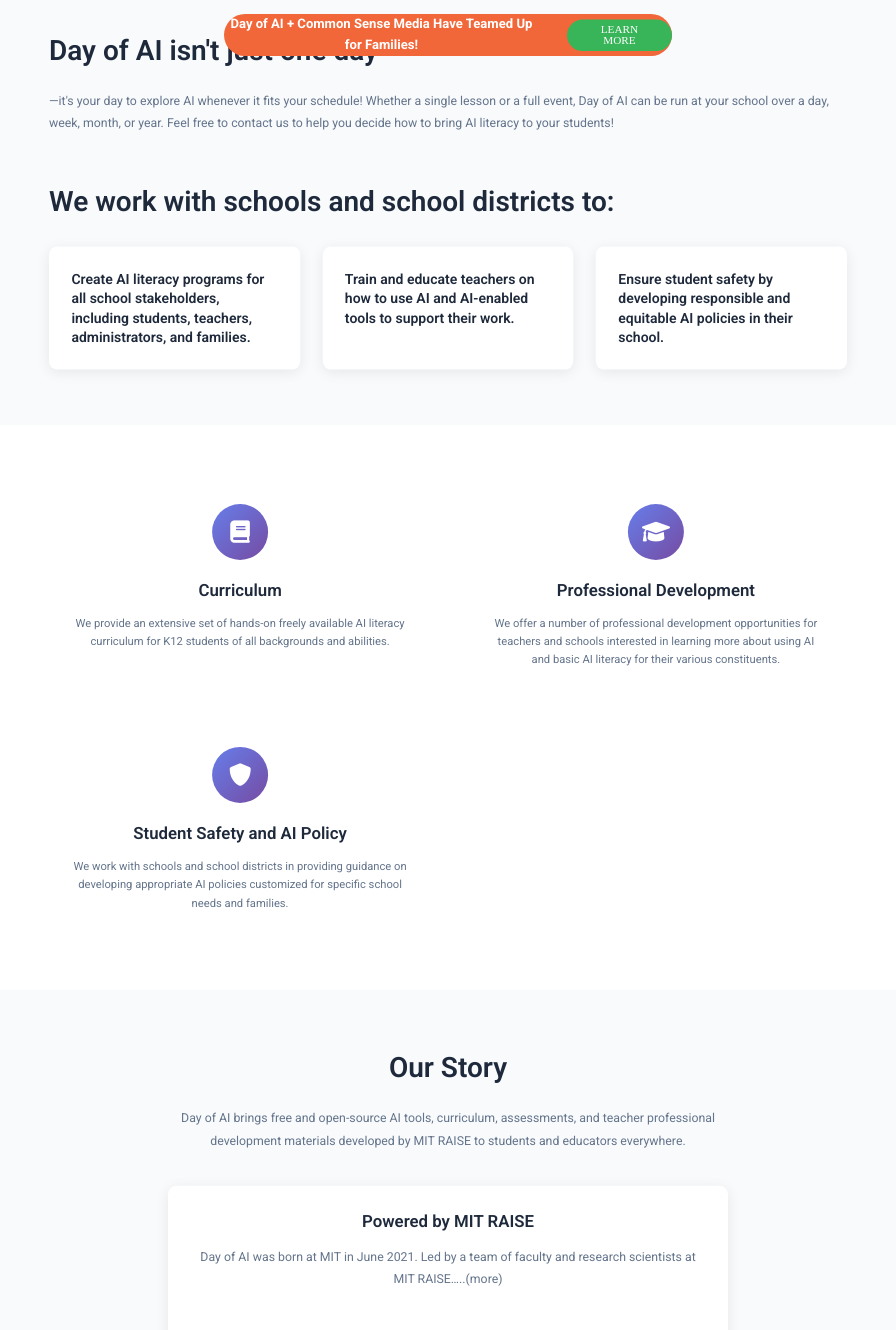
Repository: dinhtri123/dayofai
Page: index.html
An editor plug-in stored every save of this project. The page is shown before and after the next save, followed by the edit.
The browser window is 1280 px wide. The pictures show the part of the page from y = 660 to 2560 px (the page is 3687 px tall), at 70% of full size.
A picture or video elsewhere on the page could not be fetched, so the positions and the page height are approximate. Some web fonts or font styles are not loaded; a fallback is used.

Above is the page before, as saved 2025-06-29 08:32:57.

### index.html
<!DOCTYPE html>
<html lang="en">

<head>
  <meta charset="UTF-8">
  <meta name="viewport" content="width=device-width, initial-scale=1.0">
  <title>Day of AI - AI is for everyone</title>
  <link rel="stylesheet" href="styles.css">
  <link rel="preconnect" href="https://fonts.googleapis.com">
  <link rel="preconnect" href="https://fonts.gstatic.com" crossorigin>
  <link href="https://fonts.googleapis.com/css2?family=Gugi&family=Roboto:ital,wght@0,100..900;1,100..900&display=swap"
    rel="stylesheet">
  <link rel="stylesheet" href="https://cdnjs.cloudflare.com/ajax/libs/font-awesome/6.0.0/css/all.min.css">
</head>

<body>
  <!-- Header -->
  <header class="header">
    <nav class="navbar container">
      <div class="nav-container">
        <div class="nav-logo">
          <img src="./images/logo.svg" alt="Day of AI Logo">
        </div>

        <div class="header-main">
          <div class="header-search">
            <i class="fa-solid fa-magnifying-glass"></i>
            <input type="search" name="search" id="search" placeholder="SEARCH">
          </div>
          <div class="header-menu">
            <ul class="nav-menu">
              <li class="nav-item dropdown">
                <a href="#" class="nav-link">Teachers <i class="fa-solid fa-caret-down"></i></a>
                <ul class="dropdown-menu">
                  <li><a href="#">Curriculum</a></li>
                  <li><a href="#">Seasonal and Monthly Activities</a></li>
                  <li><a href="#">Professional Development</a></li>
                  <li><a href="#">Family Resources</a></li>
                </ul>
              </li>
              <li class="nav-item dropdown">
                <a href="#" class="nav-link">School Administrators <i class="fa-solid fa-caret-down"></i></a>
                <ul class="dropdown-menu">
                  <li><a href="#">Professional Development</a></li>
                  <li><a href="#">Curriculum</a></li>
                  <li><a href="#">Student Safety & AI Policy</a></li>
                  <li><a href="#">Family Resources</a></li>
                </ul>
              </li>
              <li class="nav-item">
                <a href="#" class="nav-link">International</a>
              </li>
              <li class="nav-item">
                <a href="#" class="nav-link">Partners</a>
              </li>
              <li class="nav-item dropdown">
                <a href="#" class="nav-link">About Us <i class="fa-solid fa-caret-down"></i></a>
                <ul class="dropdown-menu">
                  <li><a href="#">Our Team</a></li>
                  <li><a href="#">Our Story</a></li>
                  <li><a href="#">FAQ</a></li>
                  <li><a href="#">News & Impact</a></li>
                </ul>
              </li>
              <li class="nav-item">
                <a href="#" class="nav-link">Contact Us</a>
              </li>
            </ul>
            <div class="nav-buttons">
              <button class="btn btn-primary">Register</button>
            </div>
          </div>
        </div>


        <div class="hamburger">
          <span class="icon-menu">
            <i class="fa-solid fa-bars"></i>
          </span>
          <span class="icon-close">
            <i class="fa-solid fa-xmark"></i>
          </span>
        </div>
      </div>
    </nav>
  </header>

  <main>
    <!-- Hero Section -->
    <section class="hero">
      <div class="hero-video">
        <video src="./images/hero-video-short2.mp4" autoplay muted loop></video>
      </div>
      <div class="container">
        <div class="hero-content">
          <h1 class="hero-title">AI is for everyone.</h1>
          <p class="hero-subtitle">Empower your school and your students to thrive in a world of AI!</p>
          <div class="hero-bottom">
            <h3>Day of AI + Common Sense Media Have Teamed Up for Families!</h3>
            <button class="btn btn-primary">Learn More</button>
          </div>
        </div>
      </div>
    </section>

    <!-- Main Content Section -->
    <section class="main-content">
      <div class="container">
        <div class="content-grid">
          <div class="content-item">
            <h2>Day of AI isn't just one day</h2>
            <p>—it's your day to explore AI whenever it fits your schedule! Whether a single lesson or a full event, Day
              of AI can be run at your school over a day, week, month, or year. Feel free to contact us to help you
              decide
              how to bring AI literacy to your students!</p>
          </div>

          <div class="content-item">
            <h2>We work with schools and school districts to:</h2>
            <div class="services-grid">
              <div class="service-card">
                <h3>Create AI literacy programs for all school stakeholders, including students, teachers,
                  administrators,
                  and families.</h3>
              </div>
              <div class="service-card">
                <h3>Train and educate teachers on how to use AI and AI-enabled tools to support their work.</h3>
              </div>
              <div class="service-card">
                <h3>Ensure student safety by developing responsible and equitable AI policies in their school.</h3>
              </div>
            </div>
          </div>
        </div>
      </div>
    </section>

    <!-- Features Section -->
    <section class="features">
      <div class="container">
        <div class="features-grid">
          <div class="feature-card">
            <div class="feature-icon">
              <i class="fas fa-book"></i>
            </div>
            <h3>Curriculum</h3>
            <p>We provide an extensive set of hands-on freely available AI literacy curriculum for K12 students of all
              backgrounds and abilities.</p>
          </div>

          <div class="feature-card">
            <div class="feature-icon">
              <i class="fas fa-graduation-cap"></i>
            </div>
            <h3>Professional Development</h3>
            <p>We offer a number of professional development opportunities for teachers and schools interested in
              learning
              more about using AI and basic AI literacy for their various constituents.</p>
          </div>

          <div class="feature-card">
            <div class="feature-icon">
              <i class="fas fa-shield-alt"></i>
            </div>
            <h3>Student Safety and AI Policy</h3>
            <p>We work with schools and school districts in providing guidance on developing appropriate AI policies
              customized for specific school needs and families.</p>
          </div>
        </div>
      </div>
    </section>

    <!-- About Section -->
    <section class="about">
      <div class="container">
        <div class="about-content">
          <h2>Our Story</h2>
          <p>Day of AI brings free and open-source AI tools, curriculum, assessments, and teacher professional
            development
            materials developed by MIT RAISE to students and educators everywhere.</p>

          <div class="mit-section">
            <h3>Powered by MIT RAISE</h3>
            <p>Day of AI was born at MIT in June 2021. Led by a team of faculty and research scientists at MIT
              RAISE…..(more)</p>
          </div>

          <div class="partners-section">
            <h3>Our Collaborators and Partners</h3>
            <div class="partners-grid">
              <div class="partner-logo">Partner 1</div>
              <div class="partner-logo">Partner 2</div>
              <div class="partner-logo">Partner 3</div>
              <div class="partner-logo">Partner 4</div>
            </div>
          </div>
        </div>
      </div>
    </section>

    <!-- CTA Section -->
    <section class="cta">
      <div class="container">
        <div class="cta-content">
          <h2>Bring Day of AI to Your School or School District</h2>
          <div class="cta-buttons">
            <button class="btn btn-primary">Register</button>
            <button class="btn btn-secondary">Learn More</button>
          </div>
        </div>
      </div>
    </section>
  </main>

  <!-- Footer -->
  <footer class="footer">
    <div class="container">
      <div class="footer-content">
        <div class="footer-section">
          <p>&copy; 2025, Day of AI. All Rights Reserved.</p>
          <div class="footer-links">
            <a href="#">Privacy Policy</a>
            <a href="#">Accessibility</a>
            <a href="#">Terms of Use</a>
            <a href="#">Boston Web Design</a>
          </div>
        </div>

        <div class="footer-legal">
          <p>Unless stated otherwise, the DAY OF AI curriculum is licensed under a Creative Commons
            Attribution-NonCommercial-ShareAlike 4.0 International License (the "DAY OF AI Creative Commons license").
            The DAY OF AI Creative Commons license does not include a license to use the trademarks and service marks,
            DAY OF AI, DAY OF AI (and Design), the DAY OF AI logo, MASSACHUSETTS INSTITUTE OF TECHNOLOGY, MIT, the MIT
            logo, MIT RAISE, RAISE, or any other trademarks, service marks, or other intellectual property, owned by, or
            associated with, Massachusetts Institute of Technology, and such use is expressly excluded. DAY OF AI, DAY
            OF AI (and Design), and the DAY OF AI logo are trademarks and service marks of MASSACHUSETTS INSTITUTE OF
            TECHNOLOGY. All rights are reserved.</p>
        </div>

        <div class="footer-translate">
          <button class="translate-btn">Translate »</button>
        </div>
      </div>
    </div>
  </footer>

  <script src="script.js"></script>
</body>

</html>

### styles.css
:root {
  --font-family: "Roboto", sans-serif;
  --font-secondary: "Gugi", cursive;
  --color-primary: #4873b7;
  --color-secondary: #37b558;
  --color-third: #f26739;
}
* {
  margin: 0;
  padding: 0;
  box-sizing: border-box;
}

body {
  font-family: var(--font-family);
  line-height: 1.6;
  color: #333;
  overflow-x: hidden;
}

.container {
  max-width: 1170px;
  margin: 0 auto;
  padding: 0 15px;
}

/* Header Styles */
.header {
  background: #fff;
  box-shadow: 0 2px 10px rgba(0, 0, 0, 0.1);
  width: 100%;

}
.header-main {
  display: flex;
  flex-direction: column;
  flex: 1;
}
.header-search {
  display: flex;
  align-items: center;
  justify-content: end;
  border-bottom: 1px solid var(--color-primary);
  height: 35px;
}
.header-search input {
  border: none;
  outline: none;
  width: 100px;
  max-width: 300px;
  height: 100%;
  padding: 0 10px;
  transition: width 1s linear;
}
.header-search i {
  color: var(--color-secondary);
}

.navbar {
  padding: 10px 15px;
}

.nav-container {
  display: flex;
  justify-content: space-between;
  align-items: center;
}
.nav-logo {
  max-width: 160px;
  width: 100%;
  height: auto;
}

.nav-logo img {
  max-width: 90px;
  width: 100%;
  height: auto;
}

.header-menu {
  display: flex;
  align-items: center;
  justify-content: end;
  flex-wrap: wrap;
}
.nav-menu {
  display: flex;
  list-style: none;
  align-items: center;
}

.nav-item {
  position: relative;
}

.nav-link {
  text-decoration: none;
  color: #333;
  font-weight: 500;
  padding: 20px 16px;
  transition: color 0.3s ease;
  display: flex;
  align-items: center;
  gap: 5px;
}

.nav-link:hover {
  color: #2563eb;
}
.nav-link i {
  color: var(--color-primary);
}

.dropdown-menu {
  position: absolute;
  top: 100%;
  left: 0;
  background: #fff;
  box-shadow: 0 4px 20px rgba(0, 0, 0, 0.15);
  border-radius: 8px;
  min-width: 250px;
  width: max-content;
  opacity: 0;
  visibility: hidden;
  transform: translateY(-10px);
  transition: all 0.3s ease;
  list-style: none;
  overflow: hidden;
}

.dropdown:hover .dropdown-menu {
  opacity: 1;
  visibility: visible;
  transform: translateY(0);
}

.dropdown-menu li a {
  display: block;
  padding: 0.75rem 1.5rem;
  color: #333;
  text-decoration: none;
  transition: background-color 0.2s ease;
}

.dropdown-menu li a:hover {
  background-color: var(--color-primary);
  color: #fff;
}

.btn {
  display: flex;
  align-items: center;
  margin-left: 24px;
  font-family: var(--font-secondary);
  background-color: var(--color-secondary);
  color: #fff;
  padding: 0px 32px;
  border-radius: 30px;
  min-height: 45px;
  text-transform: uppercase;
  border: none;
  line-height: 1;
  font-size: 16px;
  transition: all 0.3s ease;
}
.btn-primary {
  background-color: var(--color-secondary);
}
.btn-primary:hover {
  background-color: var(--color-third);
}
.btn-secondary {
  background-color: var(--color-third);
  color: white;
}
.btn-secondary:hover {
  background-color: var(--color-secondary);
}
.bth-third {
  background: transparent;
  color: white;
  border: 1px solid white;
}
.bth-third:hover {
  background-color: var(--color-secondary);
}
.hamburger {
  display: none;
  flex-direction: column;
  cursor: pointer;
}
.hamburger i {
  font-size: 20px;
  color: black;
}

/* Hero Section */
.hero {
  color: #fff;
  padding: 120px 0 80px;
  text-align: center;
  min-height: 500px;
}
.hero-video {
  position: absolute;
  top: 0;
  left: 0;
  width: 100%;
  height: 100%;
  z-index: -1;
}
.hero-video::before {
  content: "";
  position: absolute;
  top: 0;
  left: 0;
  width: 100%;
  height: 100%;
  background: rgba(0, 0, 0, 0.5);
}
.hero-video video {
  width: 100%;

}

.hero-title {
  font-size: 64px;
  font-family: var(--font-secondary);
  font-weight: 700;
  margin-bottom: 8px;
  line-height: 1.2;
}

.hero-subtitle {
  font-size: 30px;
  max-width: 500px;
  margin: 0 auto;
}

.hero-bottom {
  display: flex;
  align-items: center;
  justify-content: center;
  gap: 16px;
  position: absolute;
  bottom: -20px;
  left: 50%;
  transform: translateX(-50%);
  background: var(--color-third);
  min-height: 60px;
  border-radius: 30px;
}

/* Main Content Section */
.main-content {
  padding: 80px 0;
  background: #f8fafc;
}

.content-grid {
  display: grid;
  gap: 4rem;
}

.content-item h2 {
  font-size: 2.5rem;
  font-weight: 600;
  margin-bottom: 1.5rem;
  color: #1e293b;
}

.content-item p {
  font-size: 1.1rem;
  color: #64748b;
  line-height: 1.8;
}

.services-grid {
  display: grid;
  grid-template-columns: repeat(auto-fit, minmax(300px, 1fr));
  gap: 2rem;
  margin-top: 2rem;
}

.service-card {
  background: #fff;
  padding: 2rem;
  border-radius: 12px;
  box-shadow: 0 4px 20px rgba(0, 0, 0, 0.08);
  transition: transform 0.3s ease, box-shadow 0.3s ease;
}

.service-card:hover {
  transform: translateY(-5px);
  box-shadow: 0 8px 30px rgba(0, 0, 0, 0.12);
}

.service-card h3 {
  font-size: 1.25rem;
  font-weight: 600;
  color: #1e293b;
  line-height: 1.4;
}

/* Features Section */
.features {
  padding: 80px 0;
  background: #fff;
}

.features-grid {
  display: grid;
  grid-template-columns: repeat(auto-fit, minmax(350px, 1fr));
  gap: 3rem;
}

.feature-card {
  text-align: center;
  padding: 2rem;
  border-radius: 16px;
  transition: transform 0.3s ease;
}

.feature-card:hover {
  transform: translateY(-5px);
}

.feature-icon {
  width: 80px;
  height: 80px;
  background: linear-gradient(135deg, #667eea 0%, #764ba2 100%);
  border-radius: 50%;
  display: flex;
  align-items: center;
  justify-content: center;
  margin: 0 auto 1.5rem;
  color: #fff;
  font-size: 2rem;
}

.feature-card h3 {
  font-size: 1.5rem;
  font-weight: 600;
  margin-bottom: 1rem;
  color: #1e293b;
}

.feature-card p {
  color: #64748b;
  line-height: 1.6;
}

/* About Section */
.about {
  padding: 80px 0;
  background: #f8fafc;
}

.about-content {
  max-width: 800px;
  margin: 0 auto;
  text-align: center;
}

.about-content h2 {
  font-size: 2.5rem;
  font-weight: 600;
  margin-bottom: 1.5rem;
  color: #1e293b;
}

.about-content p {
  font-size: 1.1rem;
  color: #64748b;
  line-height: 1.8;
  margin-bottom: 3rem;
}

.mit-section {
  background: #fff;
  padding: 2rem;
  border-radius: 12px;
  margin: 2rem 0;
  box-shadow: 0 4px 20px rgba(0, 0, 0, 0.08);
}

.mit-section h3 {
  font-size: 1.5rem;
  font-weight: 600;
  margin-bottom: 1rem;
  color: #1e293b;
}

.partners-section {
  margin-top: 3rem;
}

.partners-section h3 {
  font-size: 1.5rem;
  font-weight: 600;
  margin-bottom: 2rem;
  color: #1e293b;
}

.partners-grid {
  display: grid;
  grid-template-columns: repeat(auto-fit, minmax(200px, 1fr));
  gap: 2rem;
}

.partner-logo {
  background: #fff;
  padding: 2rem;
  border-radius: 8px;
  text-align: center;
  box-shadow: 0 2px 10px rgba(0, 0, 0, 0.1);
  font-weight: 600;
  color: #64748b;
}

/* CTA Section */
.cta {
  padding: 80px 0;
  background: linear-gradient(135deg, #667eea 0%, #764ba2 100%);
  color: #fff;
  text-align: center;
}

.cta-content h2 {
  font-size: 2.5rem;
  font-weight: 600;
  margin-bottom: 2rem;
}

.cta-buttons {
  display: flex;
  gap: 1rem;
  justify-content: center;
  flex-wrap: wrap;
}

/* Footer */
.footer {
  background: #1e293b;
  color: #fff;
  padding: 60px 0 30px;
}

.footer-content {
  display: grid;
  gap: 2rem;
}

.footer-section {
  display: flex;
  justify-content: space-between;
  align-items: center;
  flex-wrap: wrap;
  gap: 1rem;
}

.footer-links {
  display: flex;
  gap: 2rem;
  flex-wrap: wrap;
}

.footer-links a {
  color: #cbd5e1;
  text-decoration: none;
  transition: color 0.3s ease;
}

.footer-links a:hover {
  color: #fff;
}

.footer-legal {
  border-top: 1px solid #334155;
  padding-top: 2rem;
}

.footer-legal p {
  font-size: 0.9rem;
  color: #94a3b8;
  line-height: 1.6;
}

.footer-translate {
  text-align: center;
  padding-top: 2rem;
}

.translate-btn {
  background: transparent;
  color: #cbd5e1;
  border: 1px solid #475569;
  padding: 0.5rem 1rem;
  border-radius: 6px;
  cursor: pointer;
  transition: all 0.3s ease;
}

.translate-btn:hover {
  background: #475569;
  color: #fff;
}

/* Responsive Design */
@media (max-width: 768px) {
  .header-main {
    position: absolute;
    top: 100%;
    left: 0px;
    flex-direction: column;
    background-color: #fff;
    width: 100%;
    text-align: center;
    transition: 0.3s;
    box-shadow: 0 10px 27px rgba(0, 0, 0, 0.05);
    z-index: 1000;
    display: none;
  }
  .header-main.active {
    display: flex;
  }
  .nav-menu.active {
    left: 0;
  }
  .header-search {
    padding: 0px 15px;
  }
  .navbar {
    padding: 10px 15px !important;
  }
  .nav-menu li {
    width: 100%;
  }
  .nav-logo img {
    max-width: 50px;
  }
  .nav-link {
    justify-content: space-between;
  }
  .header-search input {
    width: 100%;
    max-width: 100%;
  }
  .dropdown-menu {
    position: static;
    opacity: 1;
    visibility: visible;
    transform: none;
    box-shadow: none;
    width: 100%;
    display: none;
  }
  .dropdown-menu.active {
    display: block;
  }
  .dropdown-menu li a {
    text-align: left;
    padding: 10px 16px;
    border-bottom: 1px solid #e2e8f0;
  }
  .nav-menu > li {
    border-bottom: 1px solid #e2e8f0;
  }
  .hamburger {
    display: flex;
    width: 40px;
    height: 40px;
    align-items: center;
    justify-content: center;
  }
  .nav-menu {
    flex-direction: column;
    width: 100%;
  }
  .header-menu {
    justify-content: start;

  }
  .icon-close {
    display: none;
  }
  .hamburger.active .icon-menu {
    display: none;
  }

  .hamburger.active .icon-close {
    display: block;
  }

  .nav-buttons {
    display: none;
  }

  .hero-title {
    font-size: 2.5rem;
  }

  .hero-subtitle {
    font-size: 1.1rem;
  }

  .content-item h2,
  .about-content h2,
  .cta-content h2 {
    font-size: 2rem;
  }

  .services-grid,
  .features-grid {
    grid-template-columns: 1fr;
  }

  .footer-section {
    flex-direction: column;
    text-align: center;
  }

  .footer-links {
    justify-content: center;
  }

  .cta-buttons {
    flex-direction: column;
    align-items: center;
  }

  .cta-buttons .btn {
    width: 100%;
    max-width: 300px;
  }
}

@media (max-width: 480px) {
  .container {
    padding: 0 15px;
  }

  .hero {
    padding: 100px 0 60px;
  }

  .hero-title {
    font-size: 2rem;
  }

  .main-content,
  .features,
  .about,
  .cta {
    padding: 60px 0;
  }

  .service-card,
  .feature-card {
    padding: 1.5rem;
  }
}

/* Animations */
@keyframes fadeInUp {
  from {
    opacity: 0;
    transform: translateY(30px);
  }
  to {
    opacity: 1;
    transform: translateY(0);
  }
}

.hero-content,
.content-item,
.feature-card,
.about-content {
  animation: fadeInUp 0.8s ease-out;
}

### script.js
// Header Search
const media = window.matchMedia("(min-width: 768px)");
if (media.matches) {
  const searchInput = document.querySelector(".header-search input");

  searchInput.addEventListener("click", () => {
    searchInput.style.width = "100%";
  });
  document.addEventListener("click", (e) => {
    if (!searchInput.contains(e.target)) {
      searchInput.style.width = "100px";
    }
  });
}
if (!media.matches) {
  const dropdownMenu = Array.from(document.querySelectorAll(".nav-item.dropdown"));
  dropdownMenu.map(item => {
    item.addEventListener("click", () => {
      item.querySelector(".dropdown-menu").classList.toggle("active");
    })
  })
}

// Mobile Navigation Toggle
const hamburger = document.querySelector(".hamburger");
const headerMain = document.querySelector(".header-main");

hamburger.addEventListener("click", () => {
  if(hamburger.classList.contains("active")){
    hamburger.classList.remove("active");
    headerMain.classList.remove("active");
  } else {
    hamburger.classList.add("active");
    headerMain.classList.add("active");
  }
});

After the next save:
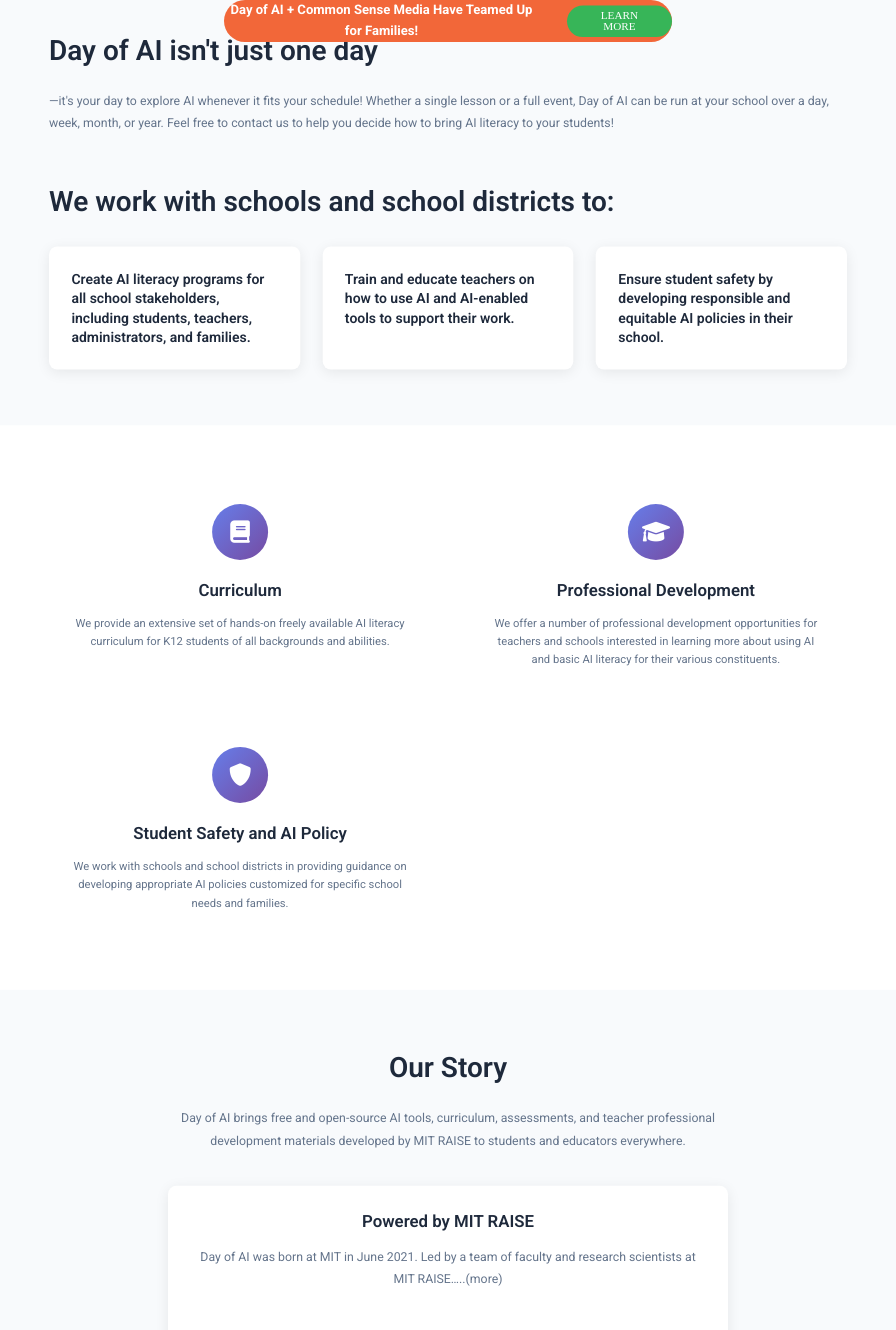
Saved 15 s later.
--- a/styles.css
+++ b/styles.css
@@ -243,7 +243,7 @@
   justify-content: center;
   gap: 16px;
   position: absolute;
-  bottom: -20px;
+  bottom: 0px;
   left: 50%;
   transform: translateX(-50%);
   background: var(--color-third);
